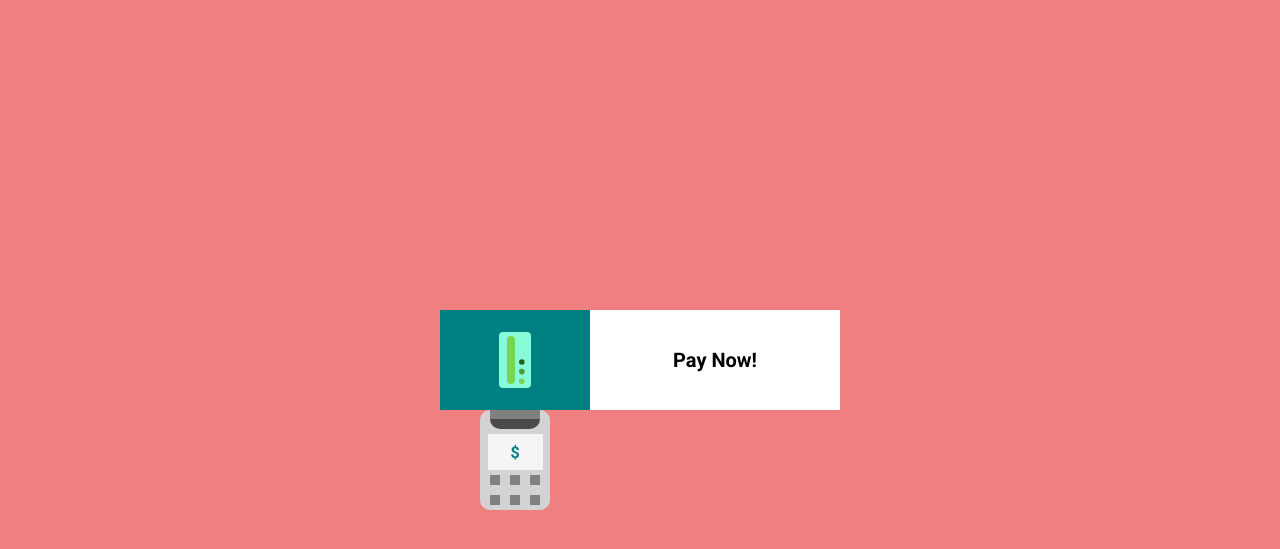
Repository: safak/animation
Page: index.html
These files come from the project's save history. The page is drawn as it stood at one moment and after a run of saves; the edit follows.
The browser window is 1280 px wide. The pictures show the whole page.
The pointer rests on the first visible `.container`.

Above is the page before, as saved 2020-12-19 01:15:19.

After the next 2 saves:
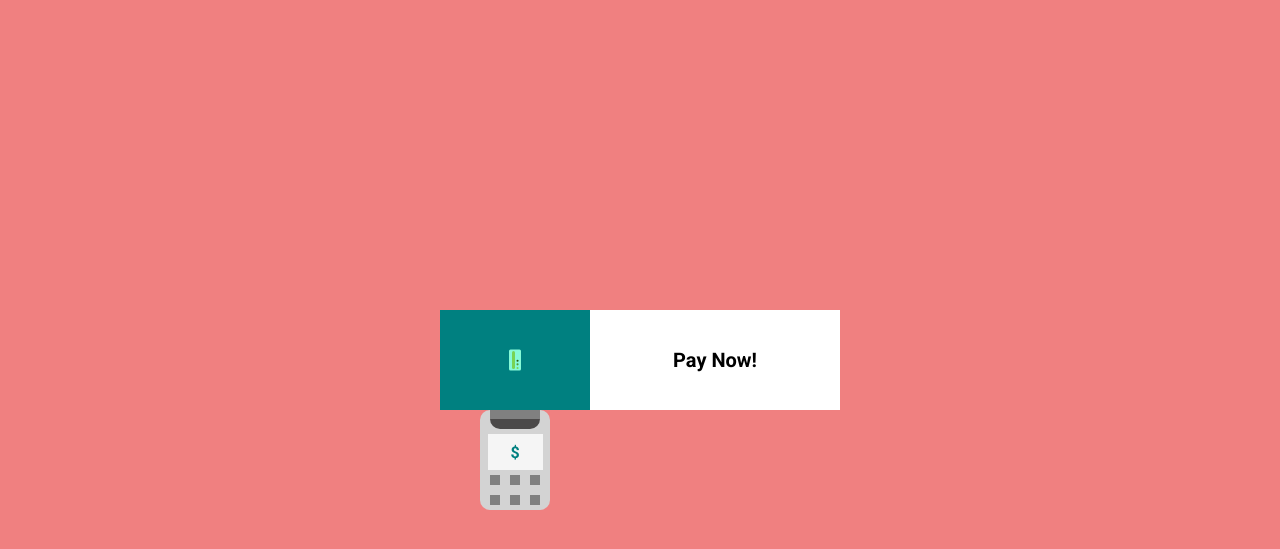
The 2 saves are shown as one change because they came seconds apart.
The last was saved 6 s later.
--- a/style.css
+++ b/style.css
@@ -141,5 +141,5 @@
 }
 
 .container:hover .card{
-  transform: rotate(-90deg) scale(.8);
+  transform: rotate(-90deg) scale(.3);
 }

After the save that followed:
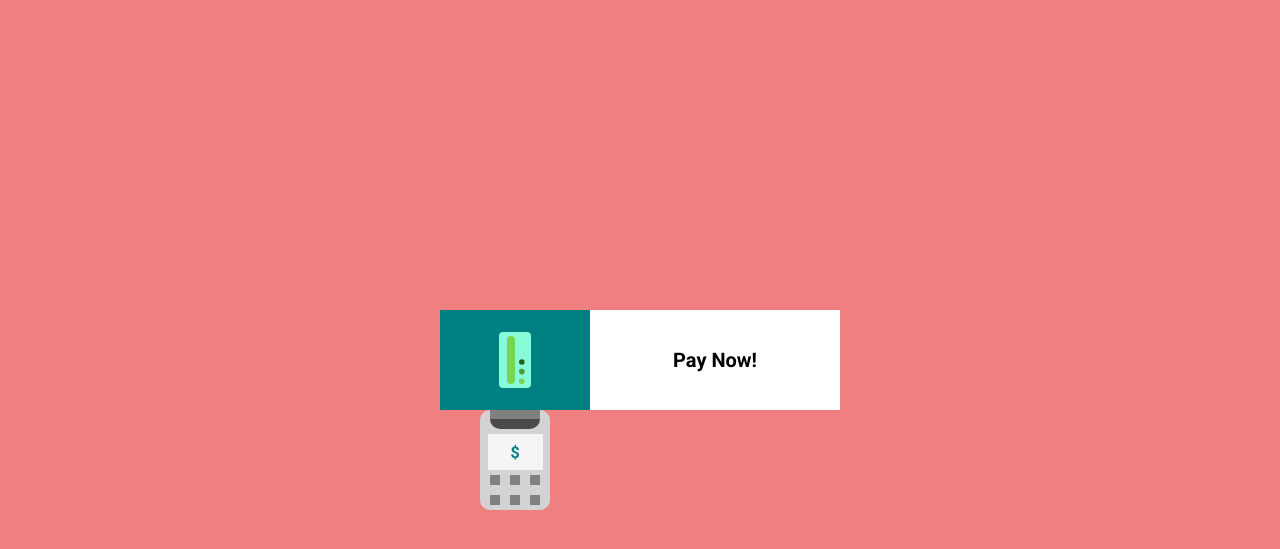
Saved 6 s later.
--- a/style.css
+++ b/style.css
@@ -141,5 +141,5 @@
 }
 
 .container:hover .card{
-  transform: rotate(-90deg) scale(.3);
+  transform: rotate(-90deg) scale(.8);
 }
